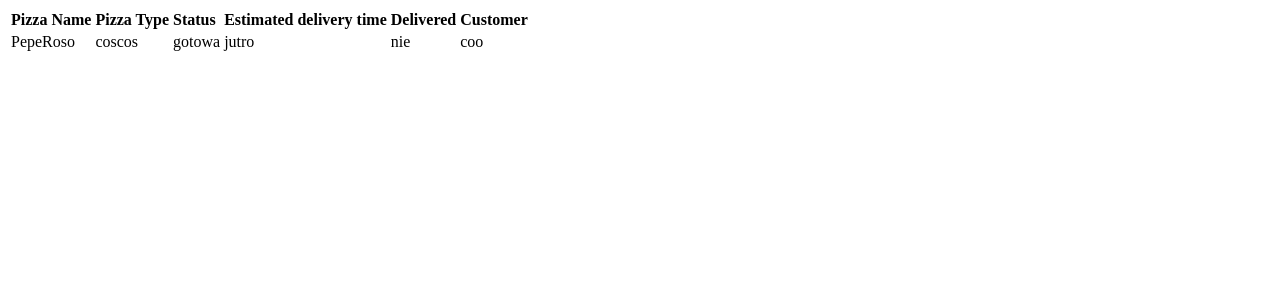
Repository: wisni4k/html-trainee
Page: testWeb/WebContent/OrdersList.html
An editor plug-in stored every save of this project. The page is shown before and after the next save, followed by the edit.
The browser window is 1280 px wide. The pictures show the whole page.

Above is the page before, as saved 2015-07-10 11:52:46.

### testWeb/WebContent/OrdersList.html
<!DOCTYPE html>
<html>
<head>
<meta charset="UTF-8">
<title>Insert title here</title>
</head>
<body>

	<table>
		<tr>
			<td><b>Pizza Name</b></td>
			<td><b>Pizza Type</b>  </td>
			<td><b>Status </b> </td>
			<td><b>Estimated delivery time</b>  </td>
			<td><b>Delivered</b>  </td>
			<td><b>Customer</b>  </td>

		</tr>
		<tr>
			<td>PepeRoso</td>
			<td>coscos</td>
			<td>gotowa</td>
			<td>jutro</td>
			<td>nie</td>
			<td>coo</td>
		</tr>
	</table>


</body>
</html>

After the next save:
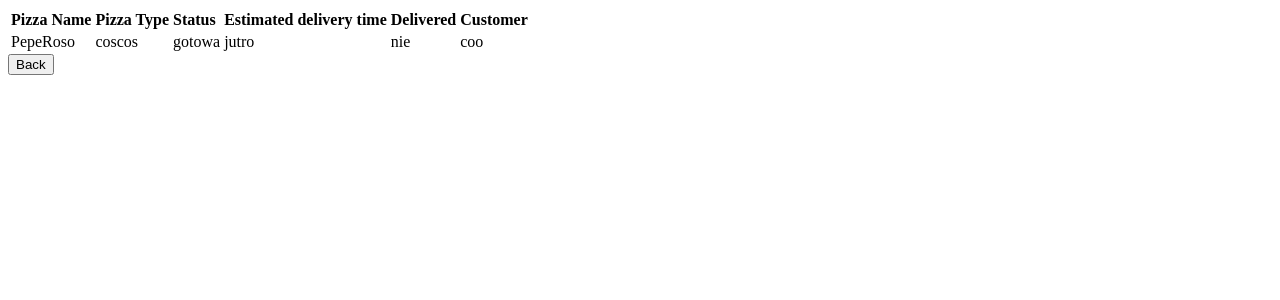
Saved 38 s later.
--- a/testWeb/WebContent/OrdersList.html
+++ b/testWeb/WebContent/OrdersList.html
@@ -25,7 +25,7 @@
 			<td>coo</td>
 		</tr>
 	</table>
-
+	<button type="button">Back</button>
 
 </body>
 </html>
